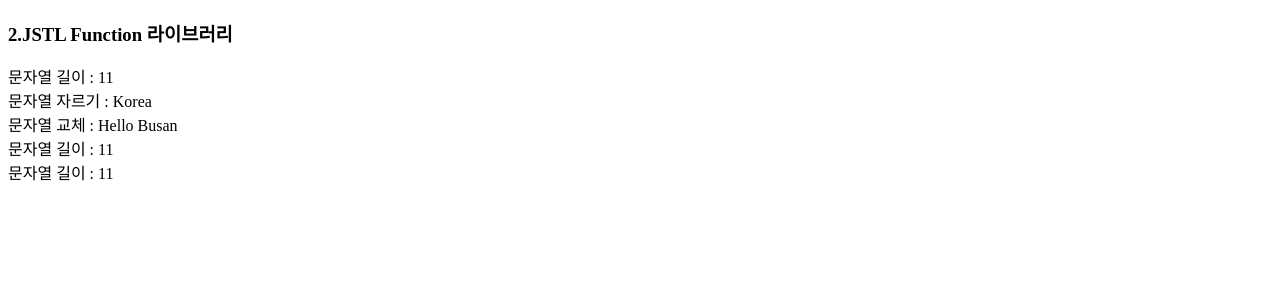
Repository: donghobu/JSP
Page: http://localhost/Ch12/12-2.jsp
An editor plug-in stored every save of this project. The page is shown before and after the next save, followed by the edit.
The browser window is 1280 px wide. The pictures show the whole page.
The page is served by Tomcat 9.

Above is the page before, as saved 2020-07-13 03:25:06.

### Ch12/WebContent/12-2.jsp
<%@ page language="java" contentType="text/html; charset=EUC-KR"
    pageEncoding="EUC-KR"%>
<%@ taglib prefix="c" uri="http://java.sun.com/jsp/jstl/core" %>
<%@ taglib prefix="fn" uri="http://java.sun.com/jsp/jstl/functions" %>
<!DOCTYPE html>
<html>
<head>
<meta charset="EUC-KR">
<title>12-2</title>
</head>
<body>
	<h3>2.JSTL Function 라이브러리</h3>
	<c:set var="str" value="Hello Korea" />

	<p>
		문자열 길이 : ${fn:length(str)} <br/>
		문자열 자르기 : ${fn:substring(str, 6, 11)} <br/>
		문자열 교체 : ${fn:replace(str, "Korea", "Busan")} <br/>
		문자열 길이 : ${fn:length(str)} <br/>
		문자열 길이 : ${fn:length(str)} <br/>

	</p>
</body>
</html>

After the next save:
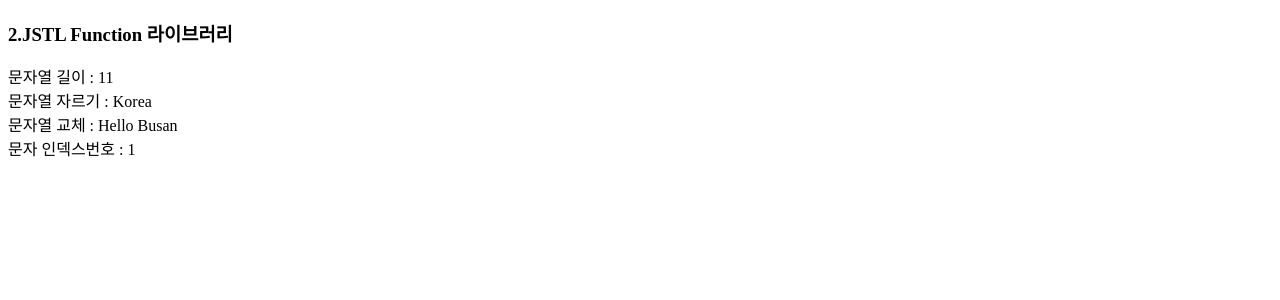
Saved 114 s later.
--- a/Ch12/WebContent/12-2.jsp
+++ b/Ch12/WebContent/12-2.jsp
@@ -16,8 +16,8 @@
 		문자열 길이 : ${fn:length(str)} <br/>
 		문자열 자르기 : ${fn:substring(str, 6, 11)} <br/>
 		문자열 교체 : ${fn:replace(str, "Korea", "Busan")} <br/>
-		문자열 길이 : ${fn:length(str)} <br/>
-		문자열 길이 : ${fn:length(str)} <br/>
+		문자 인덱스번호 : ${fn:indexOf(str, "e")} <br/>
+
 
 	</p>
 </body>
